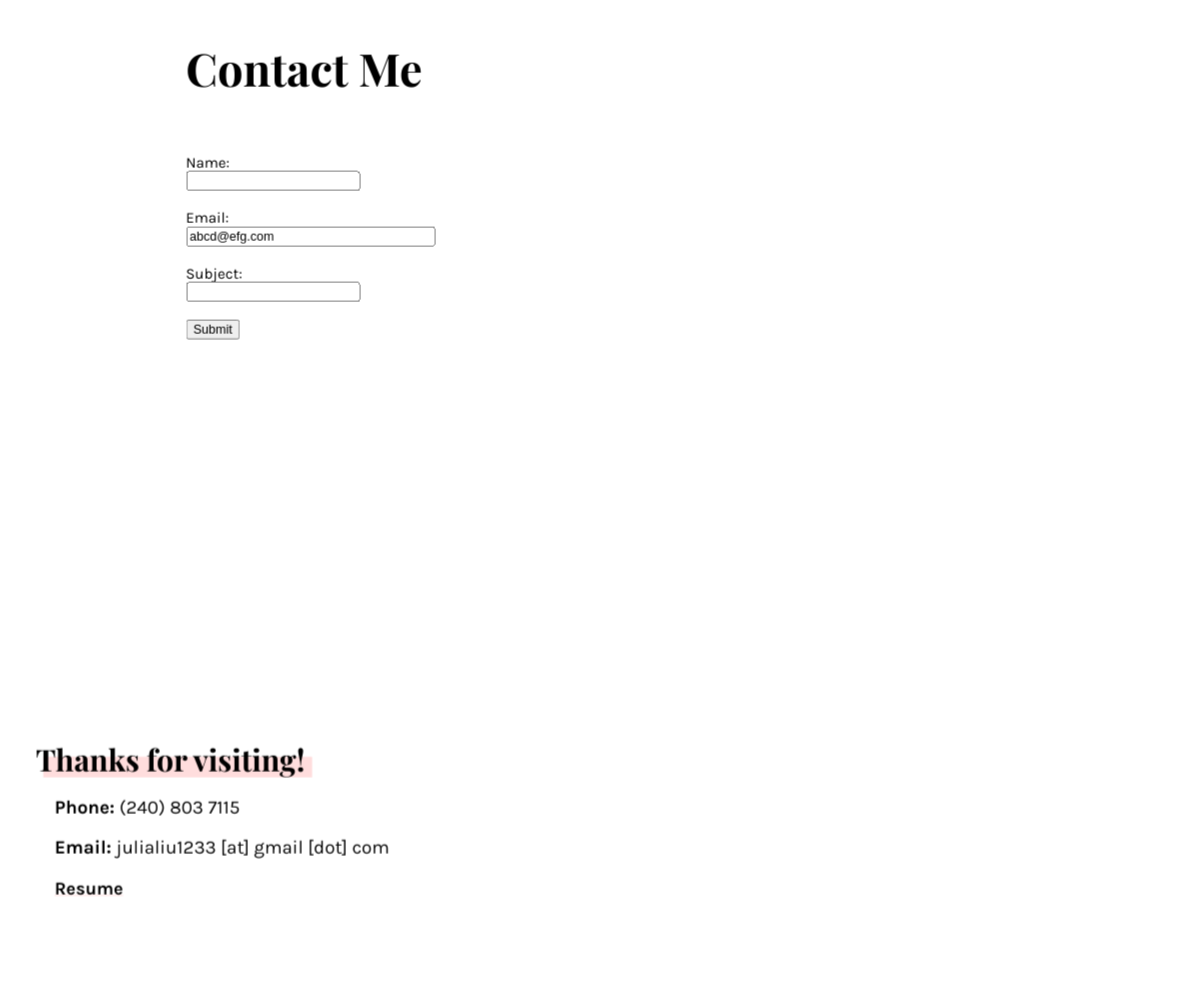
Repository: liu-julia/liu-julia.github.io
Page: contact.html
An editor plug-in stored every save of this project. The page is shown before and after the next save, followed by the edit.
The browser window is 1280 px wide. The pictures show the whole page, at 94% of full size.

Above is the page before, as saved 2022-05-19 15:25:03.

### contact.html
<!DOCTYPE html>
<html lang="en">
<head>
    <meta charset="UTF-8">
    <meta http-equiv="X-UA-Compatible" content="IE=edge">
    <meta name="viewport" content="width=device-width, initial-scale=1.0">
    <link rel="preconnect" href="https://fonts.googleapis.com">
    <link rel="preconnect" href="https://fonts.gstatic.com" crossorigin>
    <link href="https://fonts.googleapis.com/css2?family=Karla:wght@300;400;700&family=Open+Sans:wght@300;400;700&family=Playfair+Display:wght@400;700&family=Prata&display=swap" rel="stylesheet">
    <link rel="stylesheet" href="css/styles.css">
    <link rel="icon" href="images/jllogo.png">
    <script src="js/scripts.js"></script>
    <title>Julia Liu</title>
</head>
<body>
    <header id="topbar">
        <img id="logo" src="images/jllogo.png" alt="JL logo">
        <div id="navbar">
            <a class="hl_hover" href="index.html">Projects</a>
            <a class="hl_hover" href="about.html">About</a>
            <a class="highlighted" href="contact.html">Contact</a>
        </div>
    </header>
    <div id="content">
        <div class="form-container">
            <h2 class="highlighted">Contact Me</h2><br>
            <form>
                <label for="name"> Name:</label><br>
                <input type="text" id="name" name="name" required><br><br>
                <label for="email">Email:</label><br>
                <input type="email" id="email" size="30" value="abcd@efg.com" required><br><br>
                <label for="subject">Subject:</label><br>
                <input type="text" id="subject" name="subject" required><br><br>
                <button type="submit" value="Submit">Submit</buttom>
            </form>
        </div>
        <div id="foot">
            <h3 class="highlighted">Thanks for visiting!</h3>
            <div>
                <p><b>Phone: </b> (240) 803 7115</p>
                <p><b>Email: </b> juli<!--anti spam-->aliu1233 <!--anti spam--> [at] gmai<!--anti spam-->l [dot] com</p>
                <a href="JuliaLiu.pdf"><b>Resume</b></a>
            </div>
        </div>
    </div>
</body>
</html>

### css/styles.css
:root {
    font-family: 'Karla', sans-serif;
}
html {
    height: 100%;
}
header {
    position: fixed;
    top: 0;
    left: 0;
    right: 0;
    width: 100%;
    height: 60px;
    background-color: white;
    z-index: 1;
    box-shadow: 0 0 10px #FFFFFF;
    transition: top .2s;
}
#logo {
    width: 25px;
    height: 35px;
    padding: 13px;
}
#navbar {
    float: right;
}
#navbar a {
    position: relative;
    top: 10px;
    margin-right: 25px;
    align-self: center;
    color: black;
}
body {
    height: 100%;
}
#content {
    height: 100%;
}
h1 {
    font-family: 'Prata', serif;
    font-weight: 400;
    font-size: 6em;
}
#top {
    height: 100%;
}
h1{
    position: absolute;
    bottom: 12rem;
    left: 1rem;
    right: 1rem;
    text-align: center;
    margin: auto;
    width: 75%;
}
h1.highlighted::before {
    content: "";
    position: absolute;
    width: 100%;
    background: #ffdddd;
    left: .25em;
    bottom: .15em;
    height: .7em;
    z-index: -1;
    animation: highlightAnimation ease 3s;
    animation-iteration-count: 1;
    animation-fill-mode: forwards;
}

@keyframes highlightAnimation {
    0% {
        transform: scaleX(0);
        transform-origin: left;
    }
    100% {
        transform: scaleX(1);
        transform-origin: left;
     }
}

#navbar a.highlighted::before {
    content: "";
    position: absolute;
    width: 100%;
    background: #ffdddd;
    left: .25em;
    bottom: .05em;
    height: .7em;
    z-index: -1;
}
.hl_hover::before {
    content: "";
    position: absolute;
    width: 100%;
    background: #ffdddd;
    left: .25em;
    bottom: .05em;
    height: .7em;
    z-index: -1;
    transition: transform 0.5s;
    transform: scaleX(0);
    transform-origin: right;
}
.hl_hover:hover::before {
    transform: scaleX(1);
    transform-origin: left;
}
h2 {
    font-family: 'Playfair Display', serif;
    font-size: 3em;
}
h3 {
    font-family: 'Playfair Display', serif;
    font-size: 2em;

}
h4 {
    font-size: 1.1em;
    line-height: 1.5em;
}
h3.highlighted::before {
    content: "";
    position: absolute;
    width: 100%;
    background: #ffdddd;
    left: .25em;
    bottom: .05em;
    height: .7em;
    z-index: -1;
}
#navbar a {
    font-family: 'Playfair Display', serif;
    font-size: 1.5em;
    font-weight: 700;
    text-decoration: none;
}
p {
    font-size: 1.25rem;
}
#head_desc {
    font-size: 1.5em;
    font-weight: 400;
    position: absolute;
    bottom: 6rem;
    width: 90%;
    left: 1rem;
    right: 1rem;
    text-align: center;
    margin: auto;
    width: 75%;
}
#face {
    position: absolute;
    height: 45%;
    top: 5em;
    left: 30em;
    right: 30em;
    border-radius: 2em;
    margin: auto;
    box-shadow: 2px 2px 10px #00000066;
}
#foot {
    padding-left: 30px;
    position: absolute;
    width: 90%;
    height: 40%;
}
#foot h3.highlighted {
    position: absolute;
    bottom: 65%;
}
#foot div {
    position: absolute;
    bottom: 25%;
    padding: 20px;
}
a {
    color: black;
    text-decoration: underline;
    text-decoration-color: #ffdddd;
    transition: text-decoration ease-in .2s;
}
#foot a {
    font-size: 1.2rem;
}
a:hover {
    text-decoration-color: #ffb4b4;
}
#construction {
    height: 100%;
}

body {
    animation: fadeInAnimation ease 2s;
    animation-iteration-count: 1;
    animation-fill-mode: forwards;
}

@keyframes fadeInAnimation {
    0% {
        opacity: 0;
    }
    100% {
        opacity: 1;
     }
}
.project {
    width: 70%;
    display: flex;
    margin: auto;
    height: 40%;
    padding: 2.5rem;
    align-items: center;
}
.project img {
    max-width: 40%;
    max-height: 100%;
    box-shadow: 2px 2px 10px #00000066;
    border-radius: 2rem;
    margin: 2em;
}

a img {
    max-width: 8%;
    position: absolute;
    bottom: 30px;
    margin: auto;
    left: 1rem;
    right: 1rem;
}
.about {
    width: 70%;
    display: flex;
    margin: auto;
    height: 100%;
    align-items: center;
}

.about img {
    max-width: 30%;
    box-shadow: 2px 2px 10px #00000066;
    border-radius: 2rem;
    margin: 2em;
}

.about-text {
    position: absolute;
    margin-left: 25%;
    margin-right: 15%;
}
.about-text h2 {
    position: absolute;
    top: -110px;
}

.about-text h2.highlighted::before {
    content: "";
    position: absolute;
    width: 100%;
    background: #ffdddd;
    left: .20em;
    bottom: .05em;
    height: .7em;
    z-index: -1;
}

.form-container {
    width: 70%;
    margin: auto;
    height: 100%;
    align-items: center;
}

### js/scripts.js
var prevScrollpos = window.pageYOffset;
window.onscroll = function() {
  var currentScrollPos = window.pageYOffset;
  if (prevScrollpos > currentScrollPos) {
    document.getElementById("topbar").style.top = "0";
  } else {
    document.getElementById("topbar").style.top = "-70px";
  }
  prevScrollpos = currentScrollPos;
}

After the next save:
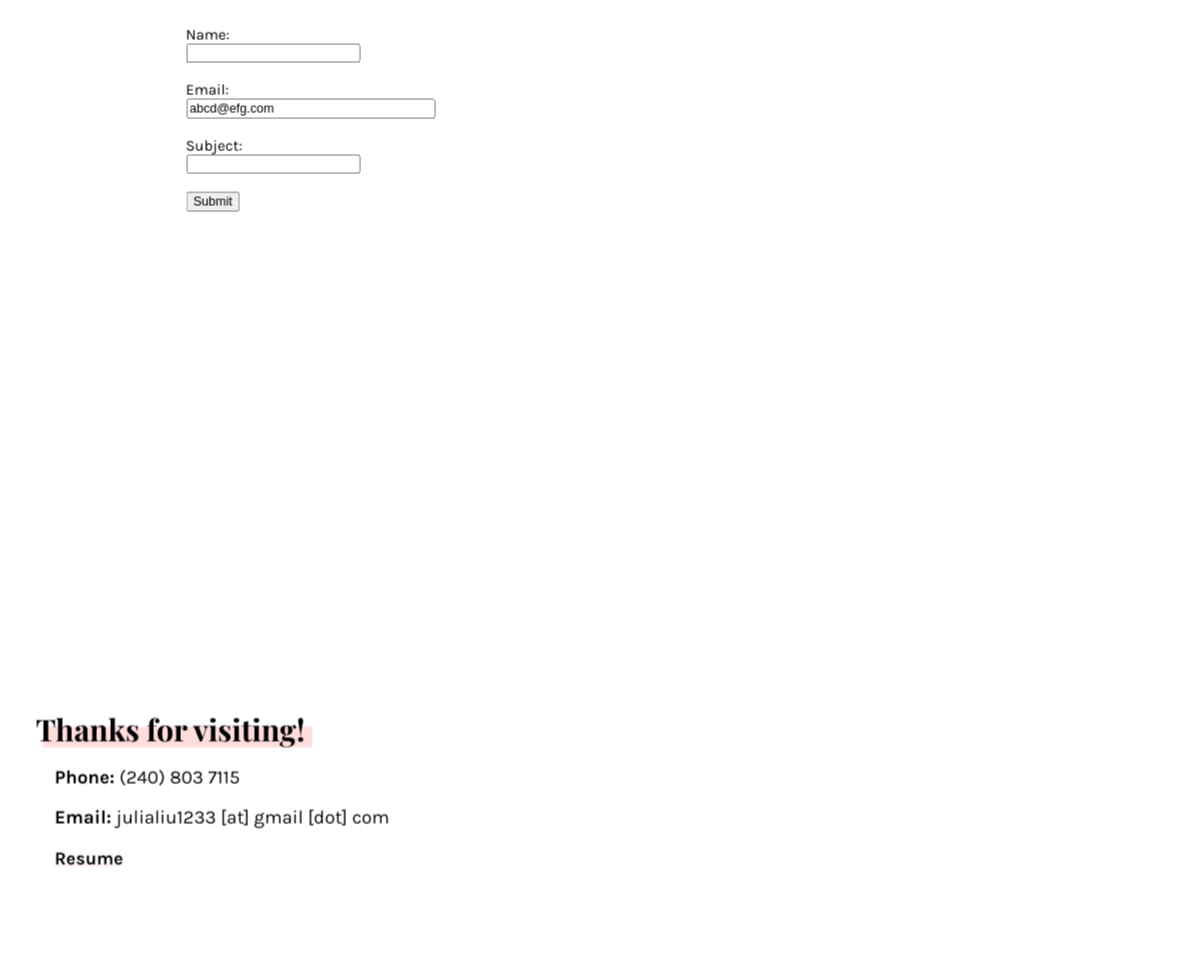
Saved 46 s later.
--- a/css/styles.css
+++ b/css/styles.css
@@ -271,3 +271,7 @@ a img {
     height: 100%;
     align-items: center;
 }
+.form-container h2 {
+    position: absolute;
+    top: -110px;
+}
